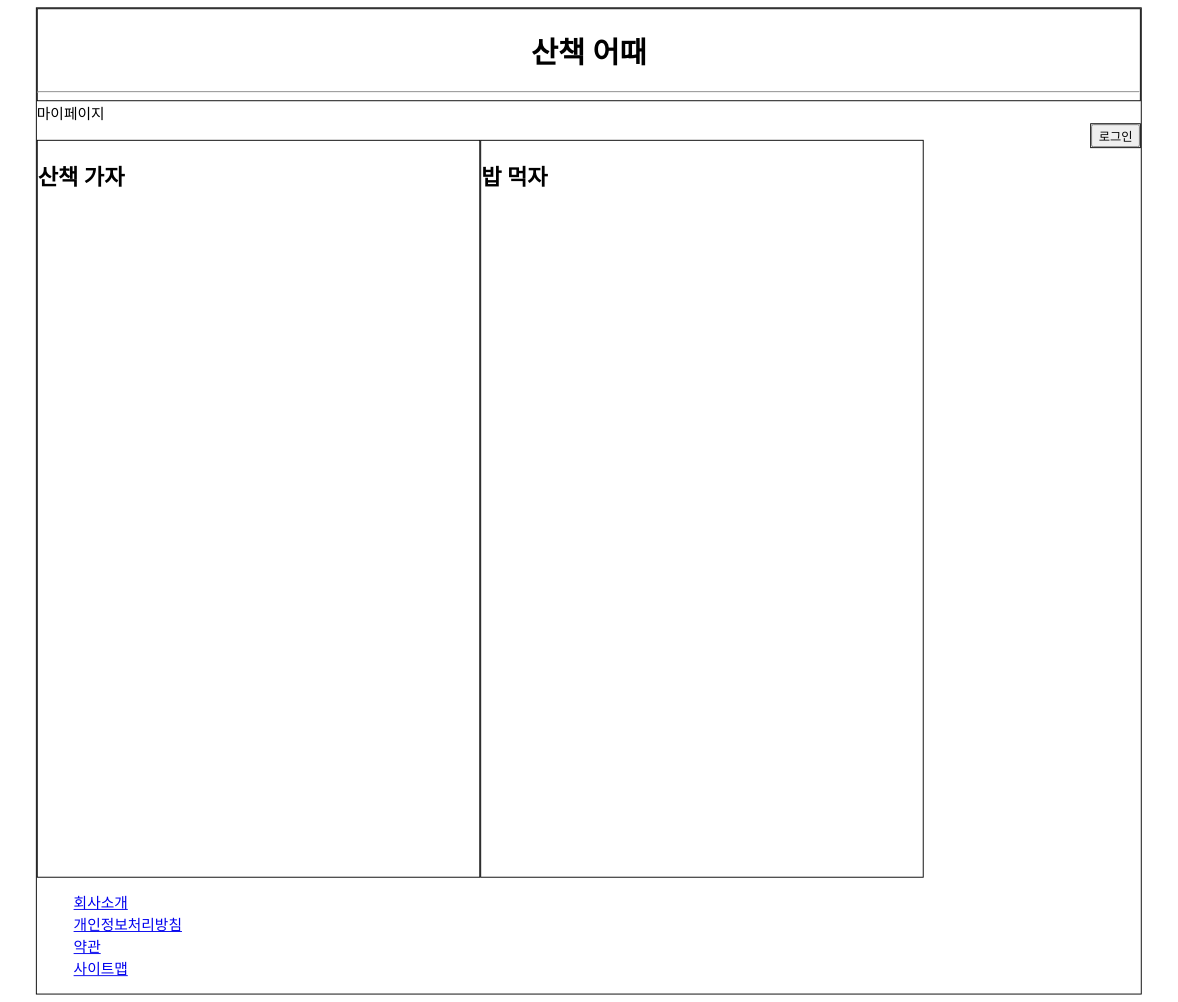
Repository: to-flatwhite1/JSP
Page: http://localhost/JSP/
These files come from the project's save history. The page is drawn as it stood at one moment and after the next save; the edit follows.
The browser window is 1280 px wide. The pictures show the whole page, at 92% of full size.
The page is served by Tomcat 9.

Above is the page before, as saved 2024-05-17 09:28:44.

### portfolio-master/JSP/src/main/webapp/index.jsp
<%@ page language="java" contentType="text/html; charset=utf-8"
    pageEncoding="utf-8"%>
<!DOCTYPE html>
	<html>
	<head>
		<meta charset="utf-8">
		<title>산책어때</title>
		<style>
		#wrap{
			width:1200px;
			margin:0 auto;
			border:1px solid black;
		}
		#logo{
			text-align:center;
			border:1px solid black;
		}
		#login{
		display:inline-block;
		float:right;
		border:1px solid black;

		}
		#main{
		width:1000px;
		height:800px;}
		#li{
		display:inline-block;
		float:left;
		border:1px solid black;
		}
		.main1{
		width:480px;
		height:800px;
		float:left;
		border:1px solid black;
		}
		.main2{
		width:480px;
		height:800px;
		float:left;
		border:1px solid black;
		}
		</style>
	</head>
	<body>
	<div id=wrap>
		<header>
			<div id="logo">
				<h1>산책 어때</h1>
				<hr>
			</div>
		</header>
		 <div id="myPage">마이페이지</div>
		<form method="get" id=login action="next.jsp">
			<input type=submit value="로그인"><!-- submit action을 취할 수 있다. -->
		</form>
		<img src="">
		<div id=main>
		<div class=main1>
		<h2>산책 가자</h2>
		</div>

		<main class="comunity">
		<div class=main2>
		<h2>밥 먹자</h2>
		</div>
		<main class="shopping">
		</div>

		</main>
		<footer>
		<div id="bottomMenu">
		<ul type="none">
			<li><a href="#">회사소개</a></li>
			<li><a href="#">개인정보처리방침</a></li>
			<li><a href="#">약관</a></li>
			<li><a href="#">사이트맵</a></li>
		</ul>
		</div>
		</footer>
	</div>
	</body>
</html>

After the next save:
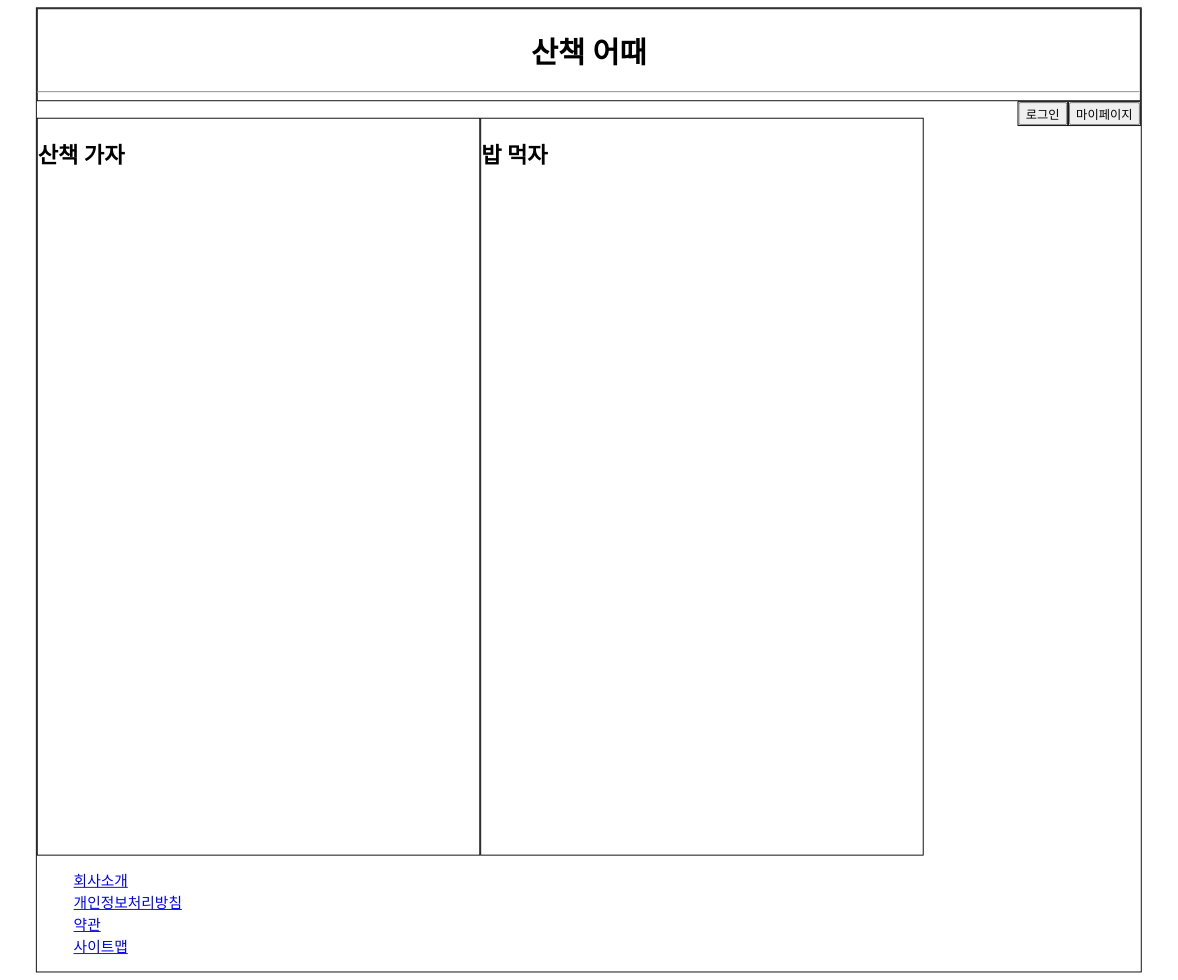
Saved 66 s later.
--- a/portfolio-master/JSP/src/main/webapp/index.jsp
+++ b/portfolio-master/JSP/src/main/webapp/index.jsp
@@ -51,7 +51,9 @@
 				<hr>
 			</div>
 		</header>
-		 <div id="myPage">마이페이지</div>
+		 <form method="get" id=login action="next3.jsp">
+			<input type=submit value="마이페이지"><!-- submit action을 취할 수 있다. -->
+		</form>
 		<form method="get" id=login action="next.jsp">
 			<input type=submit value="로그인"><!-- submit action을 취할 수 있다. -->
 		</form>
